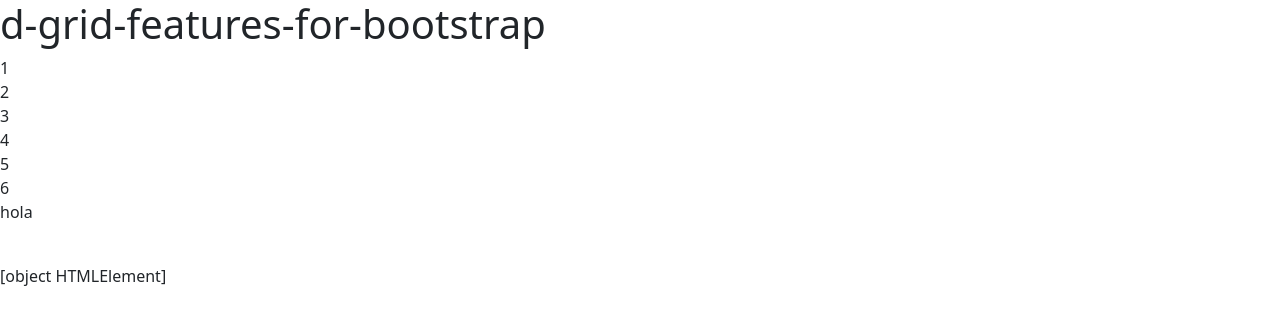
Repository: LynxPardelle/d-grid-features-for-bootstrap
Page: index.html
An editor plug-in stored every save of this project. The page is shown before and after the next save, followed by the edit.
The browser window is 1280 px wide. The pictures show the whole page.

Above is the page before, as saved 2021-10-20 03:53:01.

After the next save:
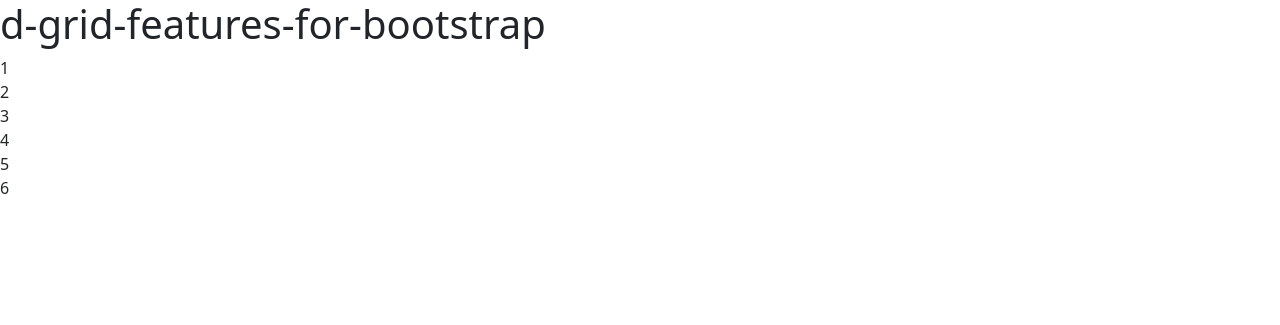
Console error: TypeError: gridElements is not iterable
Saved 31 s later.
--- a/d-grid.js
+++ b/d-grid.js
@@ -2,13 +2,14 @@
 
 let gridElements = document.querySelector("[data-gfbs]");
 
-/* for (let gridElement of gridElements) {
-  for(let attribute of gridelement.attributes){
+for (let gridElement of gridElements) {
+  for(let attribute of gridElement.attributes){
     if(attribute.localName.includes(gfbs)){
       console.log(attribute);
     }
   }
-} */
+}
+
 
 console.log(gridElements);
 

After the 2 saves that followed:
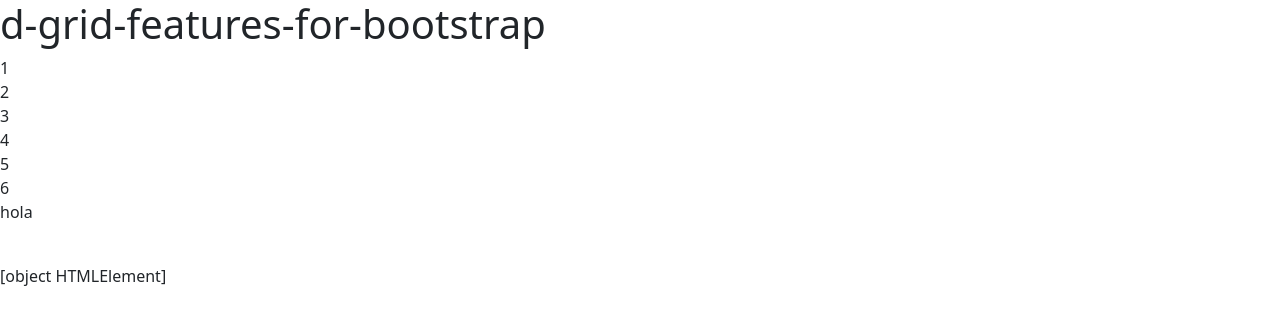
The error is gone.
The 2 saves are shown as one change because 1 left the picture as it was.
The last was saved 28 s later.
--- a/d-grid.js
+++ b/d-grid.js
@@ -2,14 +2,19 @@
 
 let gridElements = document.querySelector("[data-gfbs]");
 
-for (let gridElement of gridElements) {
+/* for (let gridElement of gridElements) {
   for(let attribute of gridElement.attributes){
     if(attribute.localName.includes(gfbs)){
       console.log(attribute);
     }
   }
+} */
+
+for(let attribute of gridElements.attributes){
+  if(attribute.localName.includes('gfbs')){
+    console.log(attribute);
+  }
 }
-
 
 console.log(gridElements);
 
